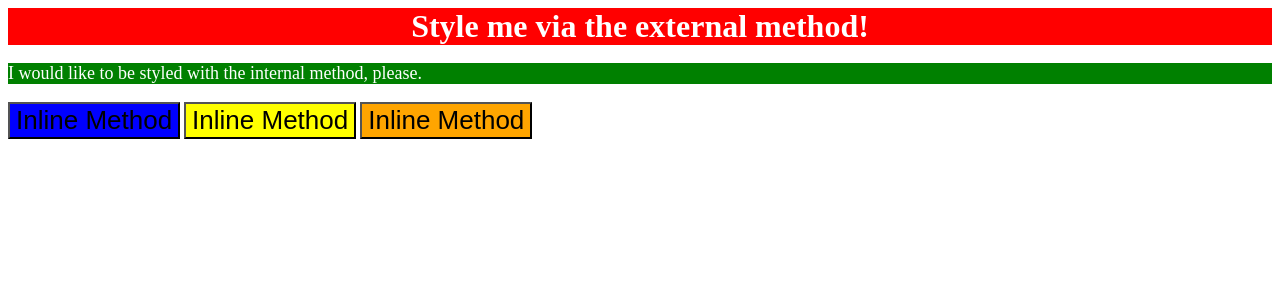
Repository: Spencertainty/practice-time
Page: css-exercises/foundations/01-css-methods/solution/solution.html
The author's editor kept a copy of each file at every save. The page is drawn from the files as they stood at one save, then again after the next save.
The browser window is 1280 px wide. The pictures show the whole page.

Above is the page before, as saved 2023-12-01 22:27:45.

After the next save:
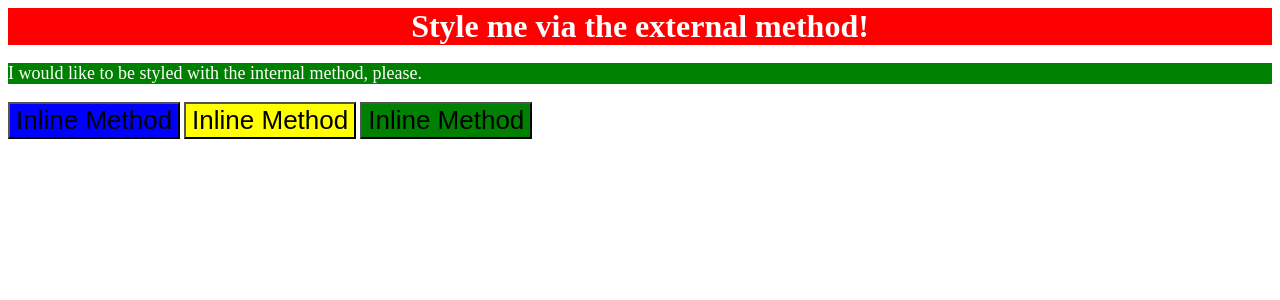
Saved 32 s later.
--- a/css-exercises/foundations/01-css-methods/solution/solution.html
+++ b/css-exercises/foundations/01-css-methods/solution/solution.html
@@ -23,6 +23,6 @@
     <p>I would like to be styled with the internal method, please.</p>
     <button style="background-color: blue;">Inline Method</button>
     <button style="background-color: yellow;">Inline Method</button>
-    <button >Inline Method</button>
+    <button style="background-color: green;">Inline Method</button>
   </body>
 </html>
